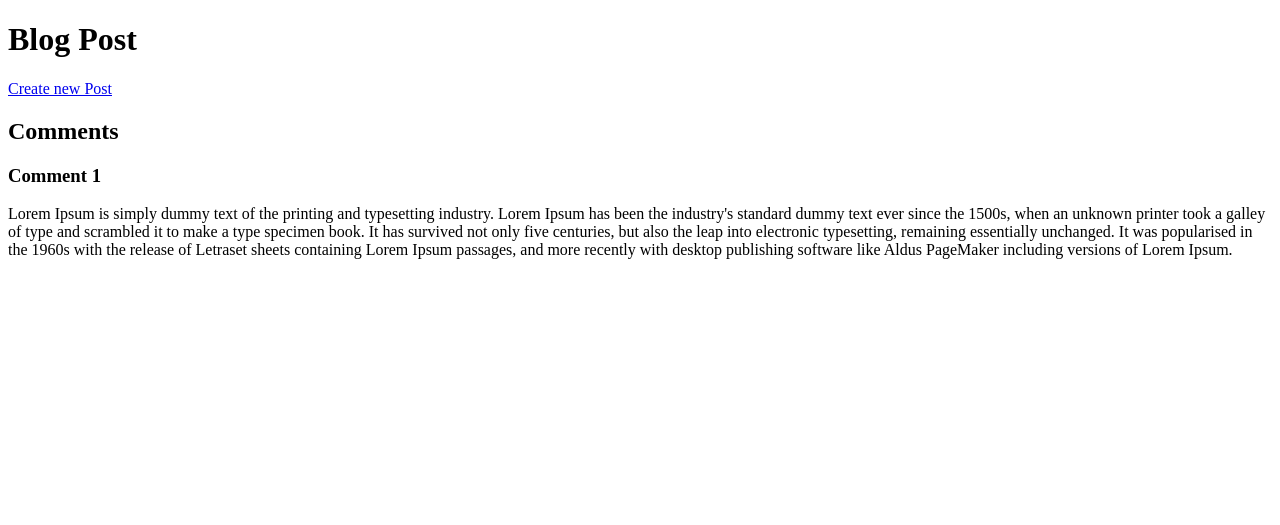
Repository: dishant8/Web-development
Page: public/WebDevWorkspace/experiment/WebContent/BlogPost.html
The author's editor kept a copy of each file at every save. The page is drawn from the files as they stood at one save, then again after a run of saves.
The browser window is 1280 px wide. The pictures show the whole page.

Above is the page before, as saved 2015-09-27 00:42:56.

### public/WebDevWorkspace/experiment/WebContent/BlogPost.html
<!DOCTYPE html>
<html>
<head>
<meta charset="ISO-8859-1">
<title>Blog Post</title>
</head>
<body>
	<header>
		<h1>Blog Post</h1>

		<nav>
			<a href="blogNew.html"> Create new Post</a>
		</nav>
	</header>

	<nav></nav>

	<main> </main>

	<section>
		<h2>Comments</h2>
		<article>
			<h3>Comment 1</h3>
			<p>Lorem Ipsum is simply dummy text of the printing and
				typesetting industry. Lorem Ipsum has been the industry's standard
				dummy text ever since the 1500s, when an unknown printer took a
				galley of type and scrambled it to make a type specimen book. It has
				survived not only five centuries, but also the leap into electronic
				typesetting, remaining essentially unchanged. It was popularised in
				the 1960s with the release of Letraset sheets containing Lorem Ipsum
				passages, and more recently with desktop publishing software like
				Aldus PageMaker including versions of Lorem Ipsum.</p>
		</article>
	</section>

	<footer> </footer>
</body>
</html>

After the next 2 saves:
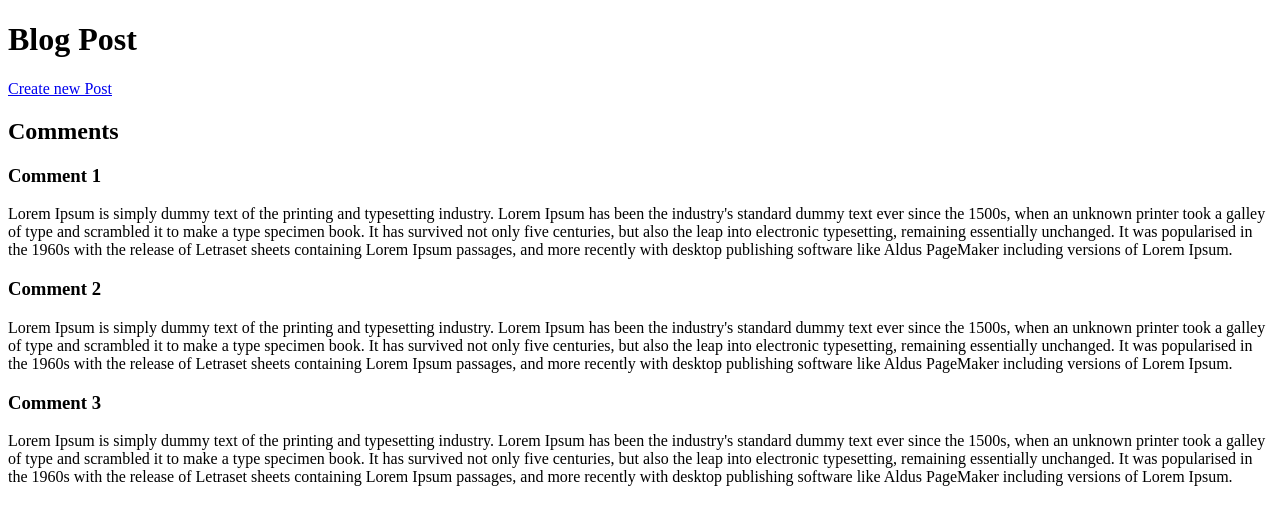
The 2 saves are shown as one change because they came seconds apart.
The last was saved 13 min 39 s later.
--- a/public/WebDevWorkspace/experiment/WebContent/BlogPost.html
+++ b/public/WebDevWorkspace/experiment/WebContent/BlogPost.html
@@ -31,6 +31,30 @@
 				passages, and more recently with desktop publishing software like
 				Aldus PageMaker including versions of Lorem Ipsum.</p>
 		</article>
+		<article>
+			<h3>Comment 2</h3>
+			<p>Lorem Ipsum is simply dummy text of the printing and
+				typesetting industry. Lorem Ipsum has been the industry's standard
+				dummy text ever since the 1500s, when an unknown printer took a
+				galley of type and scrambled it to make a type specimen book. It has
+				survived not only five centuries, but also the leap into electronic
+				typesetting, remaining essentially unchanged. It was popularised in
+				the 1960s with the release of Letraset sheets containing Lorem Ipsum
+				passages, and more recently with desktop publishing software like
+				Aldus PageMaker including versions of Lorem Ipsum.</p>
+		</article>
+		<article>
+			<h3>Comment 3</h3>
+			<p>Lorem Ipsum is simply dummy text of the printing and
+				typesetting industry. Lorem Ipsum has been the industry's standard
+				dummy text ever since the 1500s, when an unknown printer took a
+				galley of type and scrambled it to make a type specimen book. It has
+				survived not only five centuries, but also the leap into electronic
+				typesetting, remaining essentially unchanged. It was popularised in
+				the 1960s with the release of Letraset sheets containing Lorem Ipsum
+				passages, and more recently with desktop publishing software like
+				Aldus PageMaker including versions of Lorem Ipsum.</p>
+		</article>
 	</section>
 
 	<footer> </footer>
